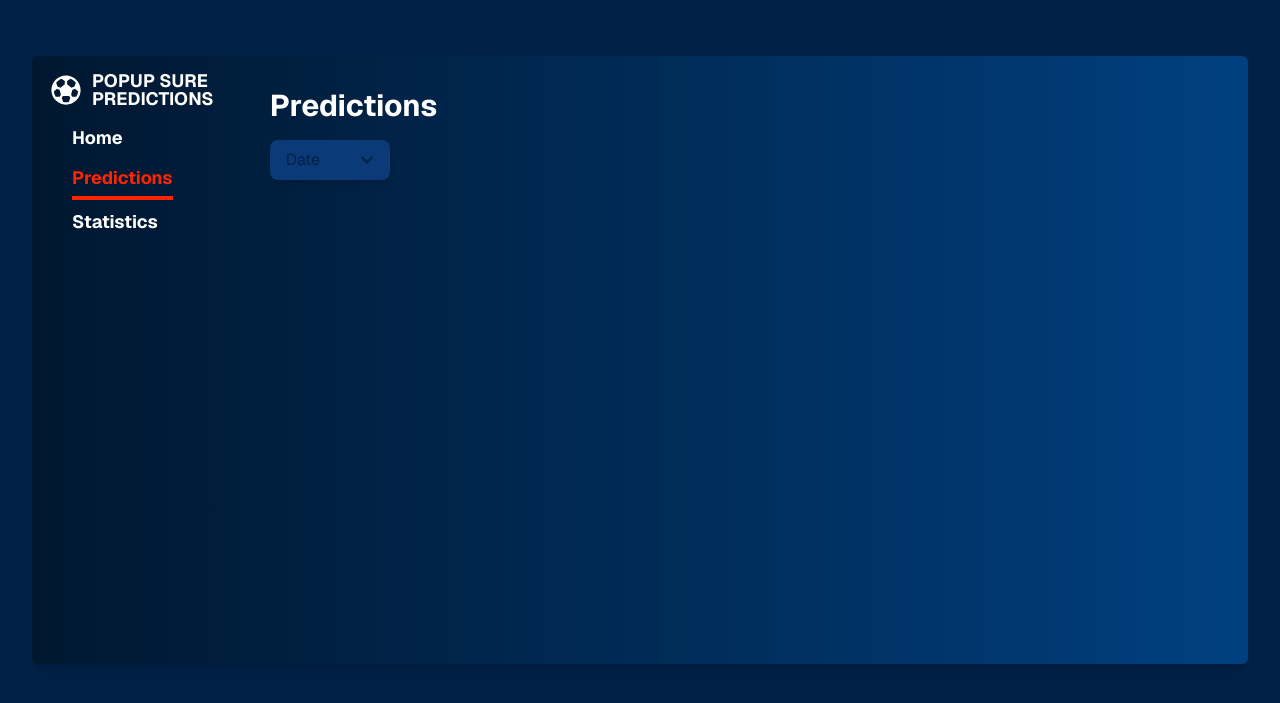
Repository: prototypedave/AlgoFooty
Page: /predictions (app in frontend/algo-footy/)
An editor plug-in stored every save of this project. The page is shown before and after the next save, followed by the edit.
The browser window is 1280 px wide. The pictures show the whole page.
The project was rebuilt for these pictures with package versions that can differ from the ones it lists, and the page was loaded fresh each time. The framework's server and built-in components were replaced by stand-ins that run in the browser. Also part of the build but not shown: frontend/algo-footy/next.config.ts.

Above is the page before, as saved 2025-11-03 07:05:51.

### frontend/algo-footy/app/predictions/page.tsx
"use client";

import Link from "next/link";
import { IoMdFootball } from "react-icons/io";
import { usePathname } from "next/navigation";
import DropdownButton from "@/components/dropdown";

export default function Predictions() {
    const pathname = usePathname();
    return (
        <div className="relative flex flex-col min-h-screen items-center justify-center bg-oxford-blue font-sans">
            <nav className="absolute inset-x-0 top-0 bottom-0 bg-gradient-to-r from-[#001730] to-[#004080] text-white max-h-full rounded-md mx-8 my-14 shadow-lg flex gap-10 p-4">
                <div className="flex flex-col">
                    <div className="flex gap-2">
                        <IoMdFootball className="text-4xl"/>
                        <p className="text-lg font-bold leading-none">
                            <span className="block">POPUP SURE </span>
                            <span className="block">PREDICTIONS</span>
                        </p>
                    </div>
                    <div className="flex flex-col items-start gap-2 pt-4 pl-6 font-bold text-lg text-white">
                        <Link
                            href="/home"
                            className={`pb-1 ${
                            pathname === "/home"
                                ? "border-b-4 border-black font-bold"
                                : "border-b-0"
                            }`}
                        >
                            Home
                        </Link>
                        <Link href="/predictions"
                            className={`inline-block pb-1 ${
                                pathname === "/predictions"? "border-b-4 border-orange-red font-bold text-orange-red" : "border-b-0 border-orange-red"
                            }`}>Predictions</Link>
                        <Link href={"/statistics"}>Statistics</Link>
                    </div>
                </div>
                <div className="flex flex-col p-4 gap-4">
                    <h1 className="text-3xl font-bold">Predictions</h1>
                    <div>
                            <DropdownButton />

                    </div>
                </div>
            </nav>
        </div>
    );
}

### frontend/algo-footy/app/globals.css
@import "tailwindcss";

:root {
  --background: #ffffff;
  --foreground: #171717;
}

@theme inline {
  --color-background: var(--background);
  --color-foreground: var(--foreground);
  --font-sans: var(--font-geist-sans);
  --font-mono: var(--font-geist-mono);
}

@theme {
  --color-oxford-blue: #002147;
  --color-orange-red: #FF2400;
}

@media (prefers-color-scheme: dark) {
  :root {
    --background: #0a0a0a;
    --foreground: #ededed;
  }
}

body {
  background: var(--background);
  color: var(--foreground);
  font-family: Arial, Helvetica, sans-serif;
}

### frontend/algo-footy/components/dropdown.tsx
"use client";
import { useState } from "react";
import { FaChevronDown, FaChevronUp } from "react-icons/fa";

export default function DropdownButton() {
  const [open, setOpen] = useState(false);

  return (
    <div className="relative inline-block text-left">
      {/* Button */}
      <button
        onClick={() => setOpen(!open)}
        className="flex items-center justify-between gap-10 bg-[#0A3A78] text-oxford-blue px-4 py-2 rounded-lg shadow-md hover:bg-gray-100 transition"
      >
        Date
        {open ? (
          <FaChevronUp className="text-sm" />
        ) : (
          <FaChevronDown className="text-sm" />
        )}
      </button>

      {/* Dropdown Menu */}
      {open && (
        <div className="absolute right-0 mt-2 w-48 bg-white border border-gray-200 rounded-lg shadow-lg z-10">
          <ul className="py-1">
            <li>
              <a
                href="#profile"
                className="block px-4 py-2 text-gray-700 hover:bg-gray-100"
              >
                Profile
              </a>
            </li>
            <li>
              <a
                href="#settings"
                className="block px-4 py-2 text-gray-700 hover:bg-gray-100"
              >
                Settings
              </a>
            </li>
            <li>
              <a
                href="#logout"
                className="block px-4 py-2 text-gray-700 hover:bg-gray-100"
              >
                Logout
              </a>
            </li>
          </ul>
        </div>
      )}
    </div>
  );
}

Loaded but not shown: frontend/algo-footy/app/layout.tsx (common file)

After the next save:
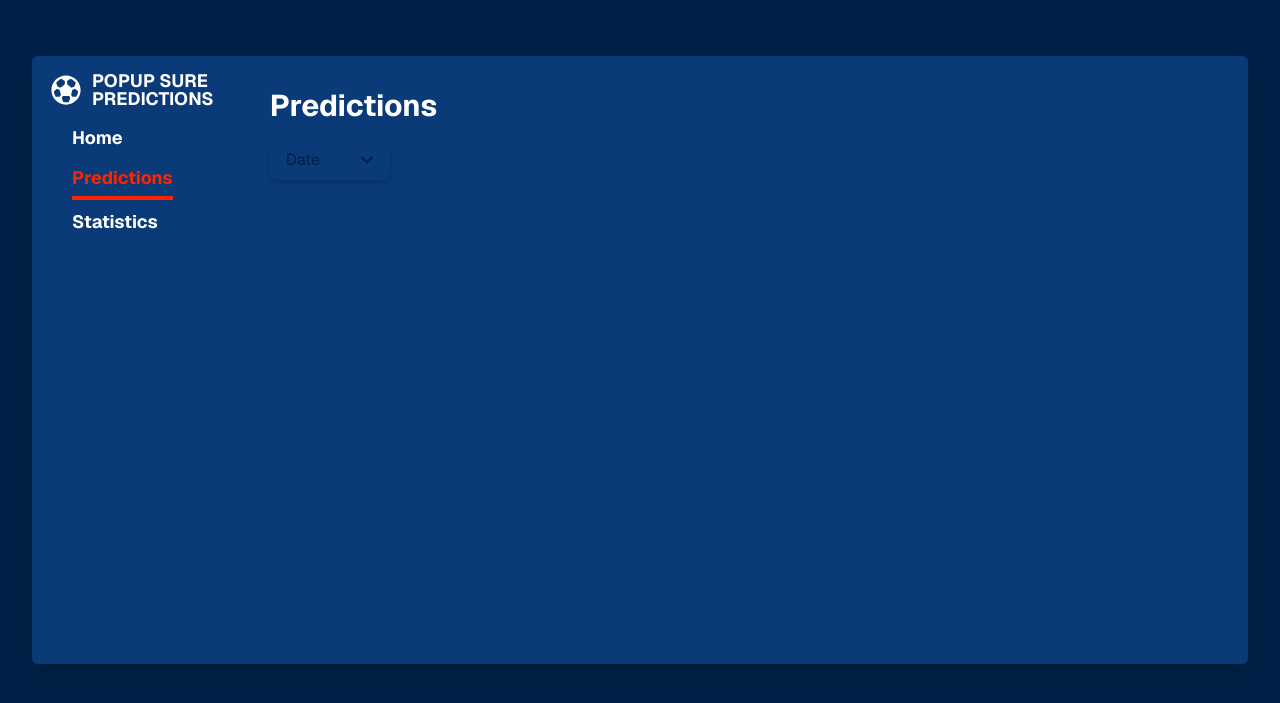
Saved 29 s later.
--- a/frontend/algo-footy/app/predictions/page.tsx
+++ b/frontend/algo-footy/app/predictions/page.tsx
@@ -9,7 +9,7 @@ export default function Predictions() {
     const pathname = usePathname();
     return (
         <div className="relative flex flex-col min-h-screen items-center justify-center bg-oxford-blue font-sans">
-            <nav className="absolute inset-x-0 top-0 bottom-0 bg-gradient-to-r from-[#001730] to-[#004080] text-white max-h-full rounded-md mx-8 my-14 shadow-lg flex gap-10 p-4">
+            <nav className="absolute inset-x-0 top-0 bottom-0 bg-[#0A3A78] text-white max-h-full rounded-md mx-8 my-14 shadow-lg flex gap-10 p-4">
                 <div className="flex flex-col">
                     <div className="flex gap-2">
                         <IoMdFootball className="text-4xl"/>
